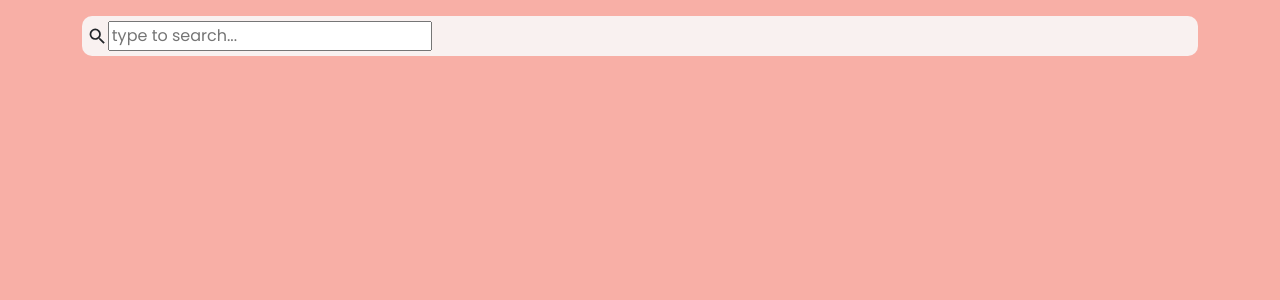
Repository: DeraBola/user-app
Page: /
These files come from the project's save history. The page is drawn as it stood at one moment and after a run of saves; the edit follows.
The browser window is 1280 px wide. The pictures show the whole page.
The page's requests for data from a server got no answer. The project was rebuilt for these pictures with package versions that can differ from the ones it lists, and the page was loaded fresh each time. No one was signed in, and anything a server would have sent is missing.

Above is the page before, as saved 2022-08-09 21:41:04.

After the next 3 saves:
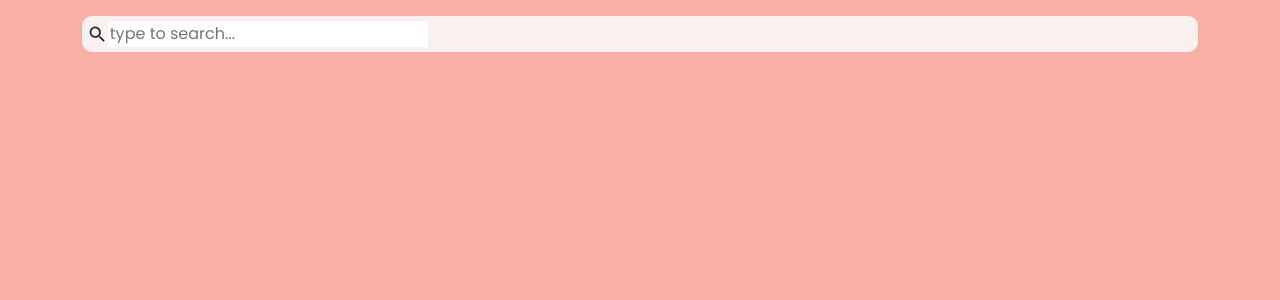
The 3 saves are shown as one change because they came seconds apart.
The last was saved 17 s later.
--- a/src/App.css
+++ b/src/App.css
@@ -50,4 +50,6 @@
             margin-bottom: 1.5em;
         }
 
-        .search input {}
+        .search input {
+            border: none;
+        }
